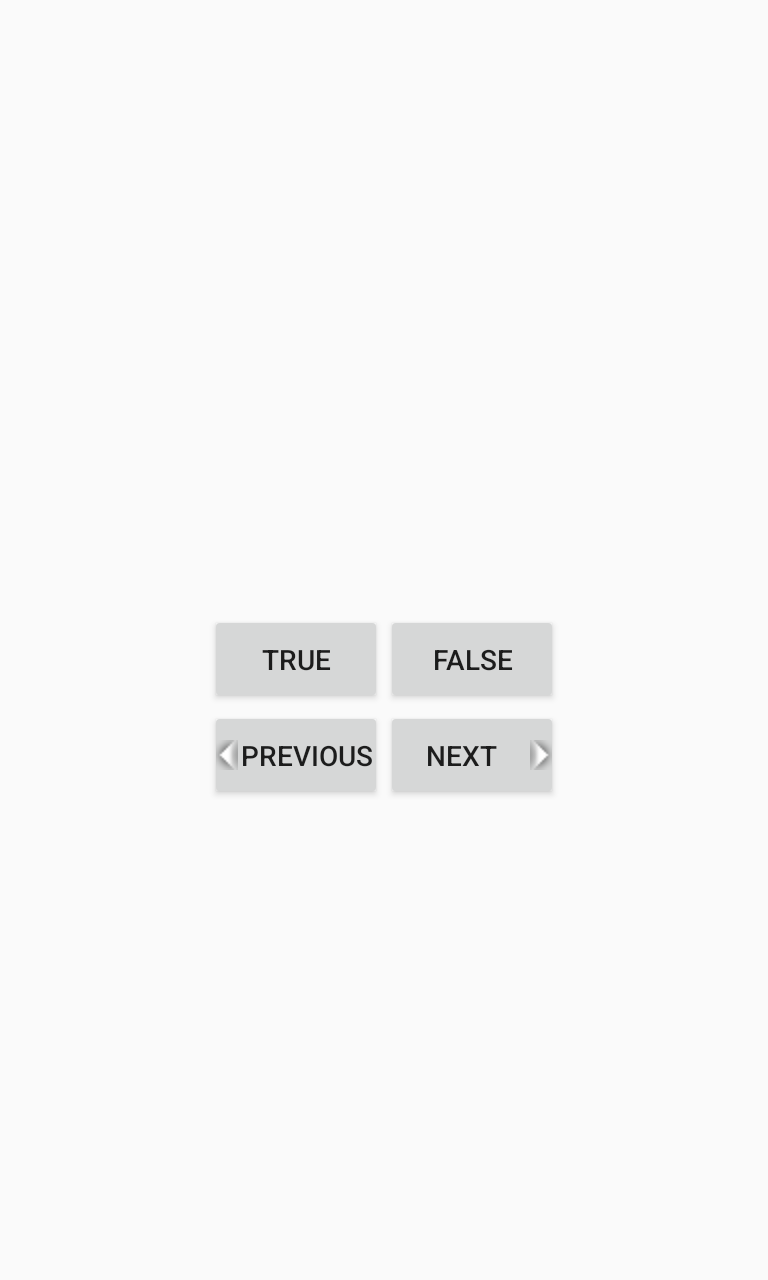
Repository: DaleJulian/AndroidTraining
Layout: GeoQuiz/res/layout/activity_quiz.xml
An editor plug-in stored every save of this project. The layout is shown before and after a run of saves, followed by the edit.
It is drawn on a 768 x 1280 px phone screen (xhdpi) without system bars, with theme AppTheme; the app's code is not run.

Above is the layout before, as saved 2015-05-26 03:25:04.

### GeoQuiz/res/layout/activity_quiz.xml
<LinearLayout xmlns:android="http://schemas.android.com/apk/res/android"
	android:layout_width="match_parent"
	android:layout_height="match_parent"
	android:gravity="center"
	android:orientation="vertical" >

    <TextView
        android:id="@+id/question_text_view"
        android:layout_width="wrap_content"
        android:layout_height="wrap_content"
        android:padding="24dp"
    />

	<LinearLayout
		android:layout_width="wrap_content"
		android:layout_height="wrap_content"
		android:orientation="horizontal" >
		<Button
			android:id="@+id/true_button"
			android:layout_width="wrap_content"
			android:layout_height="wrap_content"
			android:text="@string/button_true" />
		<Button
		    android:id="@+id/false_button"
			android:layout_width="wrap_content"
			android:layout_height="wrap_content"
			android:text="@string/button_false" />
	</LinearLayout>

	<LinearLayout
	    android:layout_width="wrap_content"
	    android:layout_height="wrap_content"
		android:orientation="horizontal" >

		<Button
		    android:id="@+id/previous_button"
		    android:layout_width="wrap_content"
		    android:layout_height="wrap_content"
		    android:drawableLeft="@drawable/arrow_left"
		    android:padding="4dp"
		    android:text="@string/button_previous"
		    />

		<Button
		    android:id="@+id/next_button"
		    android:layout_width="wrap_content"
		    android:layout_height="wrap_content"
		    android:drawableRight="@drawable/arrow_right"
		    android:padding="4dp"
			android:text="@string/button_next"
		    />

	</LinearLayout>

</LinearLayout>

### GeoQuiz/res/values/strings.xml
<?xml version="1.0" encoding="utf-8"?>
<resources>

    <string name="app_name">GeoQuiz</string>
    <string name="question_text">Constantinople is the largest city in Turkey</string>
    <string name="button_true">True</string>
    <string name="button_false">False</string>
    <string name="correct_toast">Correct!</string>
    <string name="incorrect_toast">Incorrect!</string>
    <string name="action_settings">Settings</string>
    <string name="button_next">Next</string>
    <string name="button_previous">Previous</string>
	<string name="question_oceans">The Pacific Ocean is larger than the Atlantic Ocean.</string>
	<string name="question_mideast">The Suez Canal connects the Red Sea and the Indian Ocean.</string>
	<string name="question_africa">The source of the Nile River is in Egypt. </string>
	<string name="question_americas">The Amazon River is the longest river in America.</string>
	<string name="question_asia">Lake Baikal is the world\'s oldest and deepest freshwater lake.</string>

</resources>

Loaded but not shown: GeoQuiz/res/values/styles.xml (common file); GeoQuiz/res/values-v11/styles.xml (common file); GeoQuiz/res/values-v14/styles.xml (common file)

After the next 2 saves:
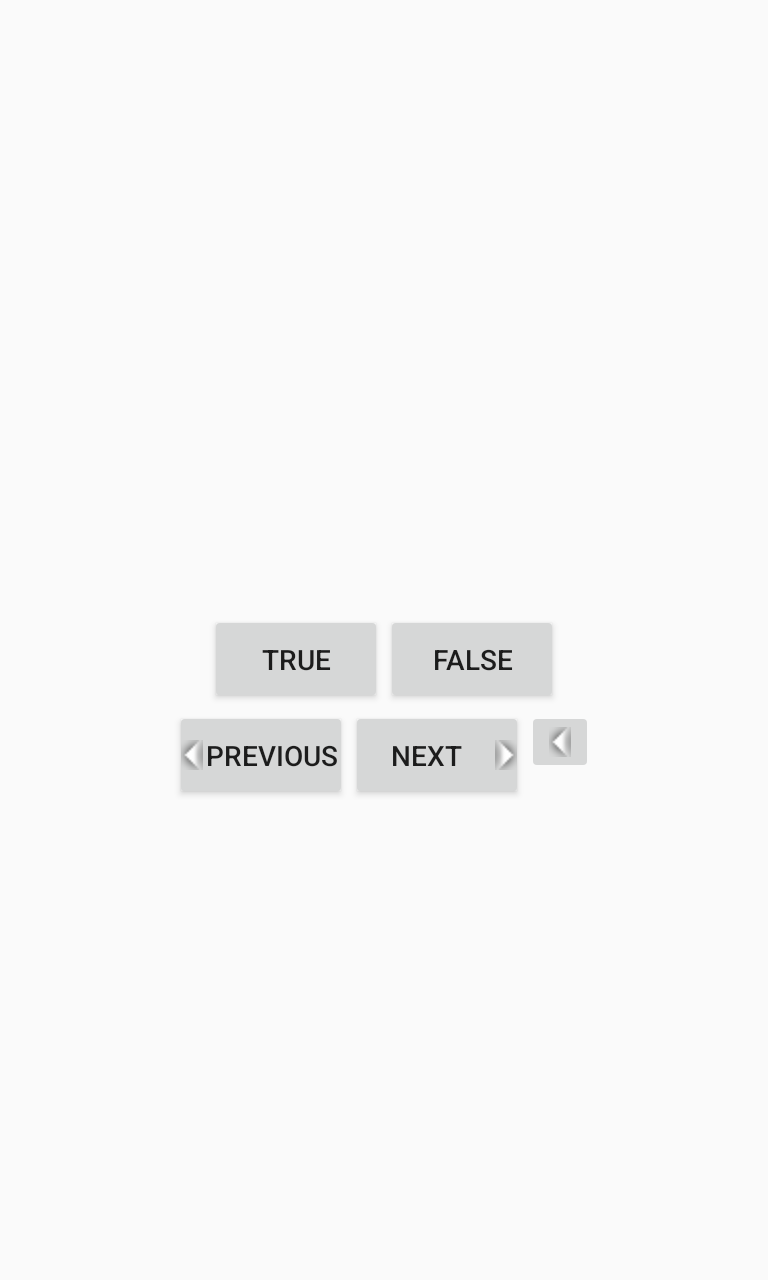
The 2 saves are shown as one change because 1 did not build or start.
The last was saved 3 min 47 s later.
--- a/GeoQuiz/res/layout/activity_quiz.xml
+++ b/GeoQuiz/res/layout/activity_quiz.xml
@@ -49,6 +49,12 @@
 		    android:padding="4dp"
 			android:text="@string/button_next"
 		    />
+		<ImageButton
+		    android:id="@+id/next_button_mini"
+		    android:layout_width="wrap_content"
+		    android:layout_height="wrap_content"
+		    android:src="@drawable/arrow_left"
+		    />
 
 	</LinearLayout>
 
